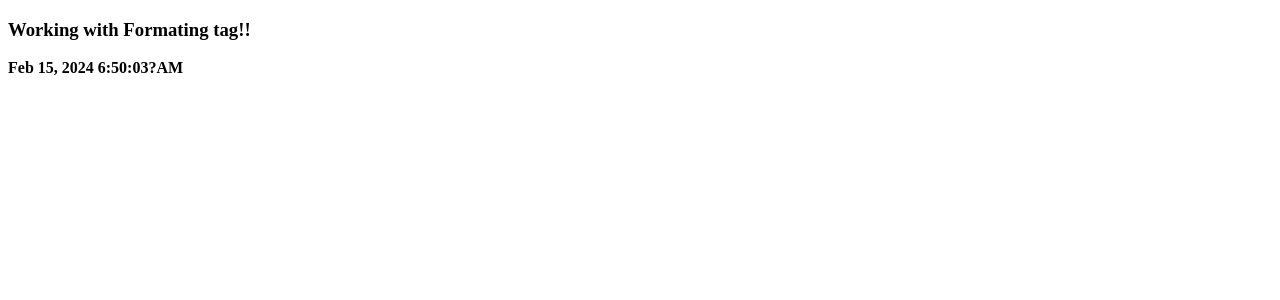
Repository: RG4025/AdvanceJava
Page: http://localhost/ClassWorkFeb21/formatting.jsp
The author's editor kept a copy of each file at every save. The page is drawn from the files as they stood at one save, then again after the next save.
The browser window is 1280 px wide. The pictures show the whole page.
The page is served by Tomcat 9.

Above is the page before, as saved 2024-02-21 09:28:41.

### ClassWorkFeb21/src/main/webapp/formatting.jsp
<%@ page language="java" contentType="text/html; charset=ISO-8859-1"
    pageEncoding="ISO-8859-1"%>
    <%@ taglib uri="http://java.sun.com/jsp/jstl/fmt" prefix="fmt"  %>
    <%@ taglib uri="http://java.sun.com/jsp/jstl/core" prefix="c" %>
<!DOCTYPE html>
<html>
<head>
<meta charset="ISO-8859-1">
<title>Formatting tag</title>
</head>
<body>


	<h3>

		Working with Formating tag!!

	</h3>

	<c:set var="currDate" value="<%= new java.util.Date() %>"></c:set>


	<strong>

		<fmt:formatDate  type="date" value="${currDate}"></fmt:formatDate>

	</strong>

	<strong>

		<fmt:formatDate  type="time" value="${currDate}"></fmt:formatDate>

	</strong>

</body>
</html>

After the next save:
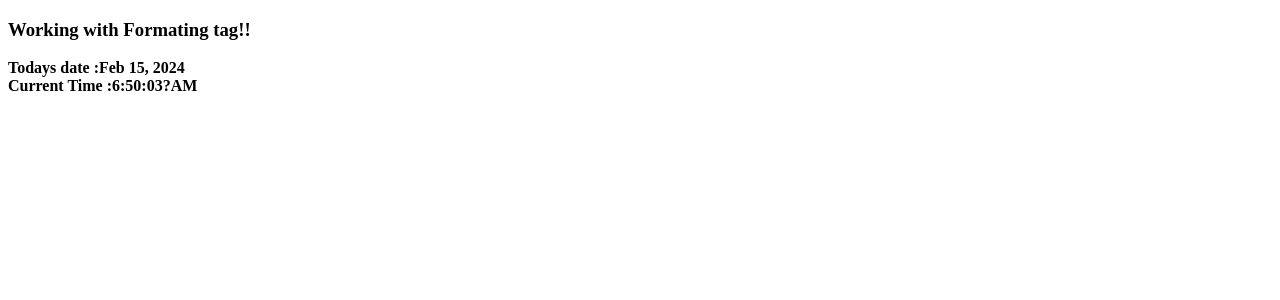
Saved 29 s later.
--- a/ClassWorkFeb21/src/main/webapp/formatting.jsp
+++ b/ClassWorkFeb21/src/main/webapp/formatting.jsp
@@ -22,13 +22,13 @@
 
 	<strong>
 
-		<fmt:formatDate  type="date" value="${currDate}"></fmt:formatDate>
+		Todays date :<fmt:formatDate  type="date" value="${currDate}"></fmt:formatDate>
 
 	</strong>
-
+	<br/>
 	<strong>
 
-		<fmt:formatDate  type="time" value="${currDate}"></fmt:formatDate>
+		Current Time :<fmt:formatDate  type="time" value="${currDate}"></fmt:formatDate>
 
 	</strong>
 
